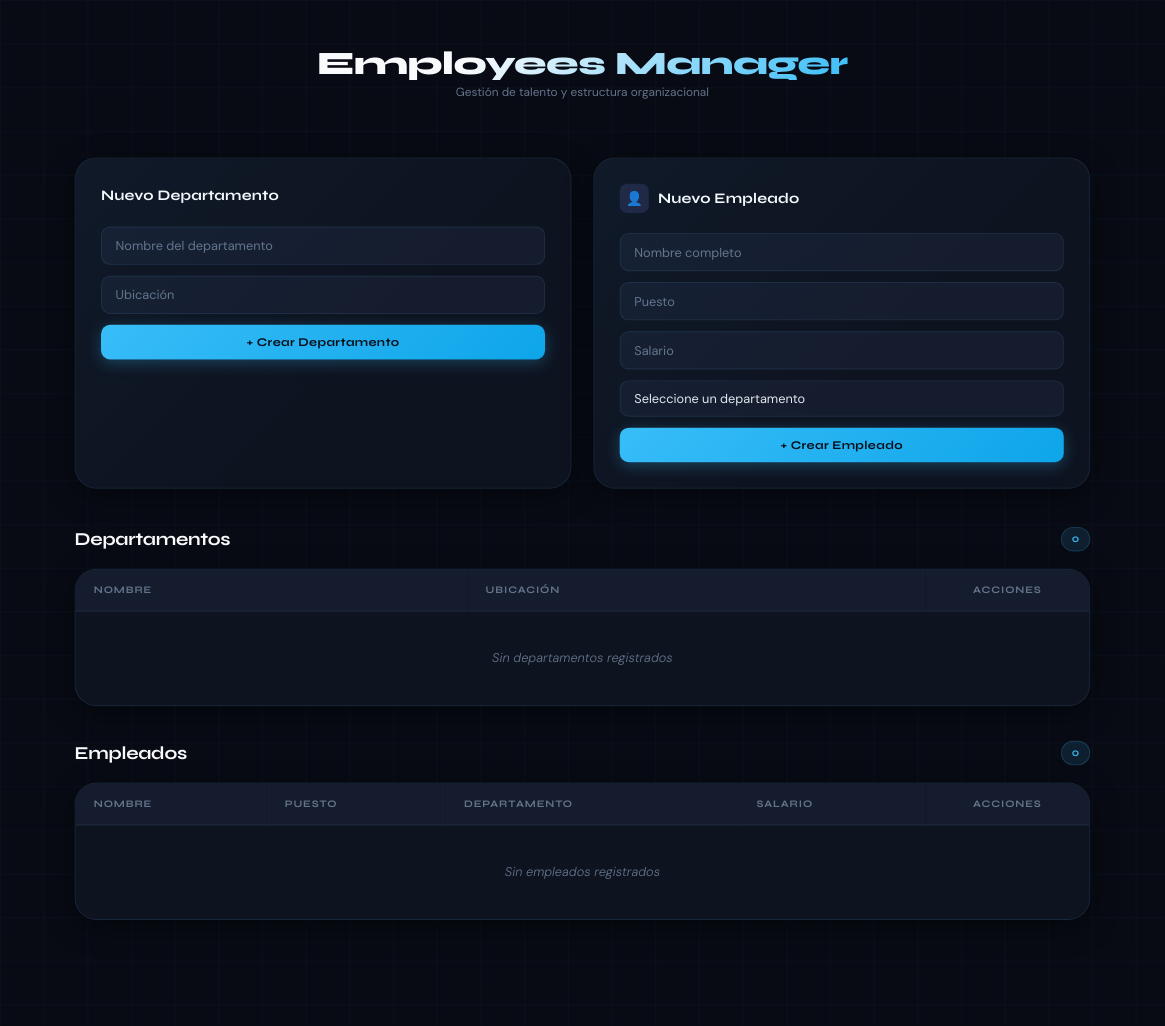
Repository: AnaSofiaRosero/parcial-4
Page: /
An editor plug-in stored every save of this project. The page is shown before and after the next save, followed by the edit.
The browser window is 1280 px wide. The pictures show the whole page, at 91% of full size.
The project was rebuilt for these pictures with package versions that can differ from the ones it lists, and the page was loaded fresh each time. Also part of the build but not shown: vite.config.ts, src/index.css.

Above is the page before, as saved 2026-06-02 14:30:51.
Console error: TypeError: Cannot read properties of undefined (reading 'from')

### index.html
<!doctype html>
<html lang="en">
  <head>
    <meta charset="UTF-8" />
    <link rel="icon" type="image/svg+xml" href="/favicon.svg" />
    <meta name="viewport" content="width=device-width, initial-scale=1.0" />
    <title>employees-manager</title>
  </head>
  <body>
    <div id="root"></div>
    <script type="module" src="/src/main.tsx"></script>
  </body>
</html>

### src/App.tsx
import { useEffect, useState } from "react";
import { supabase } from "./supabaseClient";
import type { Departamento, Empleado } from "./types";
import "./App.css";

function App() {
  const [departamentos, setDepartamentos] = useState<Departamento[]>([]);
  const [empleados, setEmpleados] = useState<Empleado[]>([]);

  // ── Departamento form (crear)
  const [nombre, setNombre] = useState("");
  const [ubicacion, setUbicacion] = useState("");

  // ── Empleado form (crear)
  const [nombreEmpleado, setNombreEmpleado] = useState("");
  const [puesto, setPuesto] = useState("");
  const [salario, setSalario] = useState("");
  const [departamentoId, setDepartamentoId] = useState("");

  // ── Modal editar departamento
  const [modalDept, setModalDept] = useState<Departamento | null>(null);
  const [modalDeptNombre, setModalDeptNombre] = useState("");
  const [modalDeptUbicacion, setModalDeptUbicacion] = useState("");

  // ── Modal editar empleado
  const [modalEmp, setModalEmp] = useState<Empleado | null>(null);
  const [modalEmpNombre, setModalEmpNombre] = useState("");
  const [modalEmpPuesto, setModalEmpPuesto] = useState("");
  const [modalEmpSalario, setModalEmpSalario] = useState("");
  const [modalEmpDeptId, setModalEmpDeptId] = useState("");

  useEffect(() => {
    cargarDepartamentos();
    cargarEmpleados();
  }, []);

  const cargarDepartamentos = async () => {
    const { data, error } = await supabase.from("departamentos").select("*");
    if (error) { console.log(error); return; }
    setDepartamentos(data || []);
  };

  const cargarEmpleados = async () => {
    const { data, error } = await supabase.from("empleados").select("*");
    if (error) { console.log(error); return; }
    setEmpleados(data || []);
  };

  const crearDepartamento = async () => {
    if (!nombre.trim()) { alert("El nombre del departamento es obligatorio"); return; }
    const { error } = await supabase.from("departamentos").insert([{ nombre, ubicacion }]);
    if (error) { console.log(error); return; }
    setNombre(""); setUbicacion("");
    cargarDepartamentos();
  };

  const crearEmpleado = async () => {
    if (!nombreEmpleado.trim() || !puesto.trim() || !salario || !departamentoId) {
      alert("Complete todos los campos"); return;
    }
    const { error } = await supabase.from("empleados").insert([{
      nombre: nombreEmpleado, puesto,
      salario: Number(salario), departamento_id: departamentoId,
    }]);
    if (error) { console.log(error); return; }
    setNombreEmpleado(""); setPuesto(""); setSalario(""); setDepartamentoId("");
    cargarEmpleados();
  };

  const abrirModalDept = (dept: Departamento) => {
    setModalDept(dept);
    setModalDeptNombre(dept.nombre);
    setModalDeptUbicacion(dept.ubicacion);
  };

  const abrirModalEmp = (emp: Empleado) => {
    setModalEmp(emp);
    setModalEmpNombre(emp.nombre);
    setModalEmpPuesto(emp.puesto);
    setModalEmpSalario(String(emp.salario));
    setModalEmpDeptId(emp.departamento_id);
  };

  const guardarDepartamento = async () => {
    if (!modalDept) return;
    const { error } = await supabase.from("departamentos")
      .update({ nombre: modalDeptNombre, ubicacion: modalDeptUbicacion })
      .eq("id", modalDept.id);
    if (error) { console.log(error); return; }
    setModalDept(null);
    cargarDepartamentos();
  };

  const guardarEmpleado = async () => {
    if (!modalEmp) return;
    const { error } = await supabase.from("empleados")
      .update({
        nombre: modalEmpNombre, puesto: modalEmpPuesto,
        salario: Number(modalEmpSalario), departamento_id: modalEmpDeptId,
      })
      .eq("id", modalEmp.id);
    if (error) { console.log(error); return; }
    setModalEmp(null);
    cargarEmpleados();
  };

  const eliminarEmpleado = async (id: string) => {
    const { error } = await supabase.from("empleados").delete().eq("id", id);
    if (error) { console.log(error); return; }
    cargarEmpleados();
  };

  const eliminarDepartamento = async (id: string) => {
    const { error } = await supabase.from("departamentos").delete().eq("id", id);
    if (error) {
      console.log(error);
      alert("No puedes eliminar un departamento que tenga empleados asociados");
      return;
    }
    cargarDepartamentos();
  };

  return (
    <div className="container">

      {/* Header */}
      <div className="app-header">
        <div>
          <h1 className="title">Employees Manager</h1>
          <p className="title-sub">Gestión de talento y estructura organizacional</p>
        </div>
      </div>

      {/* Forms */}
      <div className="forms-grid">

        <div className="section">
          <div className="section-header">
            <h2>Nuevo Departamento</h2>
          </div>
          <div className="form">
            <input
              type="text"
              placeholder="Nombre del departamento"
              value={nombre}
              onChange={(e) => setNombre(e.target.value)}
            />
            <input
              type="text"
              placeholder="Ubicación"
              value={ubicacion}
              onChange={(e) => setUbicacion(e.target.value)}
            />
            <button className="primary-btn" onClick={crearDepartamento}>
              + Crear Departamento
            </button>
          </div>
        </div>

        <div className="section">
          <div className="section-header">
            <div className="section-icon indigo">👤</div>
            <h2>Nuevo Empleado</h2>
          </div>
          <div className="form">
            <input
              type="text"
              placeholder="Nombre completo"
              value={nombreEmpleado}
              onChange={(e) => setNombreEmpleado(e.target.value)}
            />
            <input
              type="text"
              placeholder="Puesto"
              value={puesto}
              onChange={(e) => setPuesto(e.target.value)}
            />
            <input
              type="number"
              placeholder="Salario"
              value={salario}
              onChange={(e) => setSalario(e.target.value)}
            />
            <select
              value={departamentoId}
              onChange={(e) => setDepartamentoId(e.target.value)}
            >
              <option value="">Seleccione un departamento</option>
              {departamentos.map((d) => (
                <option key={d.id} value={d.id}>{d.nombre}</option>
              ))}
            </select>
            <button className="primary-btn" onClick={crearEmpleado}>
              + Crear Empleado
            </button>
          </div>
        </div>
      </div>

      {/* Tabla Departamentos */}
      <div className="table-section">
        <div className="table-section-header">
          <h2>Departamentos</h2>
          <span className="badge">{departamentos.length}</span>
        </div>
        <div className="table-wrapper">
          <table className="table">
            <thead>
              <tr>
                <th>Nombre</th>
                <th>Ubicación</th>
                <th>Acciones</th>
              </tr>
            </thead>
            <tbody>
              {departamentos.length === 0 ? (
                <tr className="empty-row">
                  <td colSpan={3}>Sin departamentos registrados</td>
                </tr>
              ) : departamentos.map((dept) => (
                <tr key={dept.id}>
                  <td className="name-cell">{dept.nombre}</td>
                  <td>{dept.ubicacion}</td>
                  <td>
                    <div className="action-cell">
                      <button className="edit-btn" onClick={() => abrirModalDept(dept)}>
                        Editar
                      </button>
                      <button
                        className="delete-btn"
                        onClick={() => {
                          if (window.confirm("¿Seguro que deseas eliminar este departamento?")) {
                            eliminarDepartamento(dept.id);
                          }
                        }}
                      >
                        Eliminar
                      </button>
                    </div>
                  </td>
                </tr>
              ))}
            </tbody>
          </table>
        </div>
      </div>

      {/* Tabla Empleados */}
      <div className="table-section">
        <div className="table-section-header">
          <h2>Empleados</h2>
          <span className="badge">{empleados.length}</span>
        </div>
        <div className="table-wrapper">
          <table className="table">
            <thead>
              <tr>
                <th>Nombre</th>
                <th>Puesto</th>
                <th>Departamento</th>
                <th>Salario</th>
                <th>Acciones</th>
              </tr>
            </thead>
            <tbody>
              {empleados.length === 0 ? (
                <tr className="empty-row">
                  <td colSpan={5}>Sin empleados registrados</td>
                </tr>
              ) : empleados.map((emp) => {
                const dept = departamentos.find((d) => d.id === emp.departamento_id);
                return (
                  <tr key={emp.id}>
                    <td className="name-cell">{emp.nombre}</td>
                    <td>{emp.puesto}</td>
                    <td>
                      <span className="dept-pill">
                         {dept?.nombre || "Sin departamento"}
                      </span>
                    </td>
                    <td className="salary-cell">${emp.salario.toLocaleString()}</td>
                    <td>
                      <div className="action-cell">
                        <button className="edit-btn" onClick={() => abrirModalEmp(emp)}>
                          Editar
                        </button>
                        <button
                          className="delete-btn"
                          onClick={() => {
                            if (window.confirm("¿Seguro que deseas eliminar este empleado?")) {
                              eliminarEmpleado(emp.id);
                            }
                          }}
                        >
                          Eliminar
                        </button>
                      </div>
                    </td>
                  </tr>
                );
              })}
            </tbody>
          </table>
        </div>
      </div>

      {/* Modal: Editar Departamento */}
      {modalDept && (
        <div className="modal-overlay" onClick={() => setModalDept(null)}>
          <div className="modal" onClick={(e) => e.stopPropagation()}>
            <div className="modal-header">
              <h2>Editar Departamento</h2>
              <button className="modal-close" onClick={() => setModalDept(null)}>✕</button>
            </div>
            <div className="modal-body">
              <input
                type="text"
                placeholder="Nombre del departamento"
                value={modalDeptNombre}
                onChange={(e) => setModalDeptNombre(e.target.value)}
              />
              <input
                type="text"
                placeholder="Ubicación"
                value={modalDeptUbicacion}
                onChange={(e) => setModalDeptUbicacion(e.target.value)}
              />
            </div>
            <div className="modal-footer">
              <button className="cancel-btn" onClick={() => setModalDept(null)}>Cancelar</button>
              <button className="save-btn" onClick={guardarDepartamento}>Guardar Cambios</button>
            </div>
          </div>
        </div>
      )}

      {/* Modal: Editar Empleado */}
      {modalEmp && (
        <div className="modal-overlay" onClick={() => setModalEmp(null)}>
          <div className="modal" onClick={(e) => e.stopPropagation()}>
            <div className="modal-header">
              <h2><span>👤</span> Editar Empleado</h2>
              <button className="modal-close" onClick={() => setModalEmp(null)}>✕</button>
            </div>
            <div className="modal-body">
              <input
                type="text"
                placeholder="Nombre completo"
                value={modalEmpNombre}
                onChange={(e) => setModalEmpNombre(e.target.value)}
              />
              <input
                type="text"
                placeholder="Puesto"
                value={modalEmpPuesto}
                onChange={(e) => setModalEmpPuesto(e.target.value)}
              />
              <input
                type="number"
                placeholder="Salario"
                value={modalEmpSalario}
                onChange={(e) => setModalEmpSalario(e.target.value)}
              />
              <select
                value={modalEmpDeptId}
                onChange={(e) => setModalEmpDeptId(e.target.value)}
              >
                <option value="">Seleccione un departamento</option>
                {departamentos.map((d) => (
                  <option key={d.id} value={d.id}>{d.nombre}</option>
                ))}
              </select>
            </div>
            <div className="modal-footer">
              <button className="cancel-btn" onClick={() => setModalEmp(null)}>Cancelar</button>
              <button className="save-btn" onClick={guardarEmpleado}>Guardar Cambios</button>
            </div>
          </div>
        </div>
      )}

    </div>
  );
}

export default App;

Loaded but not shown: src/main.tsx (common file); src/App.css (578 lines, source omitted); src/supabaseClient.ts (no stored copy; drawn as an empty file)

After the next save:
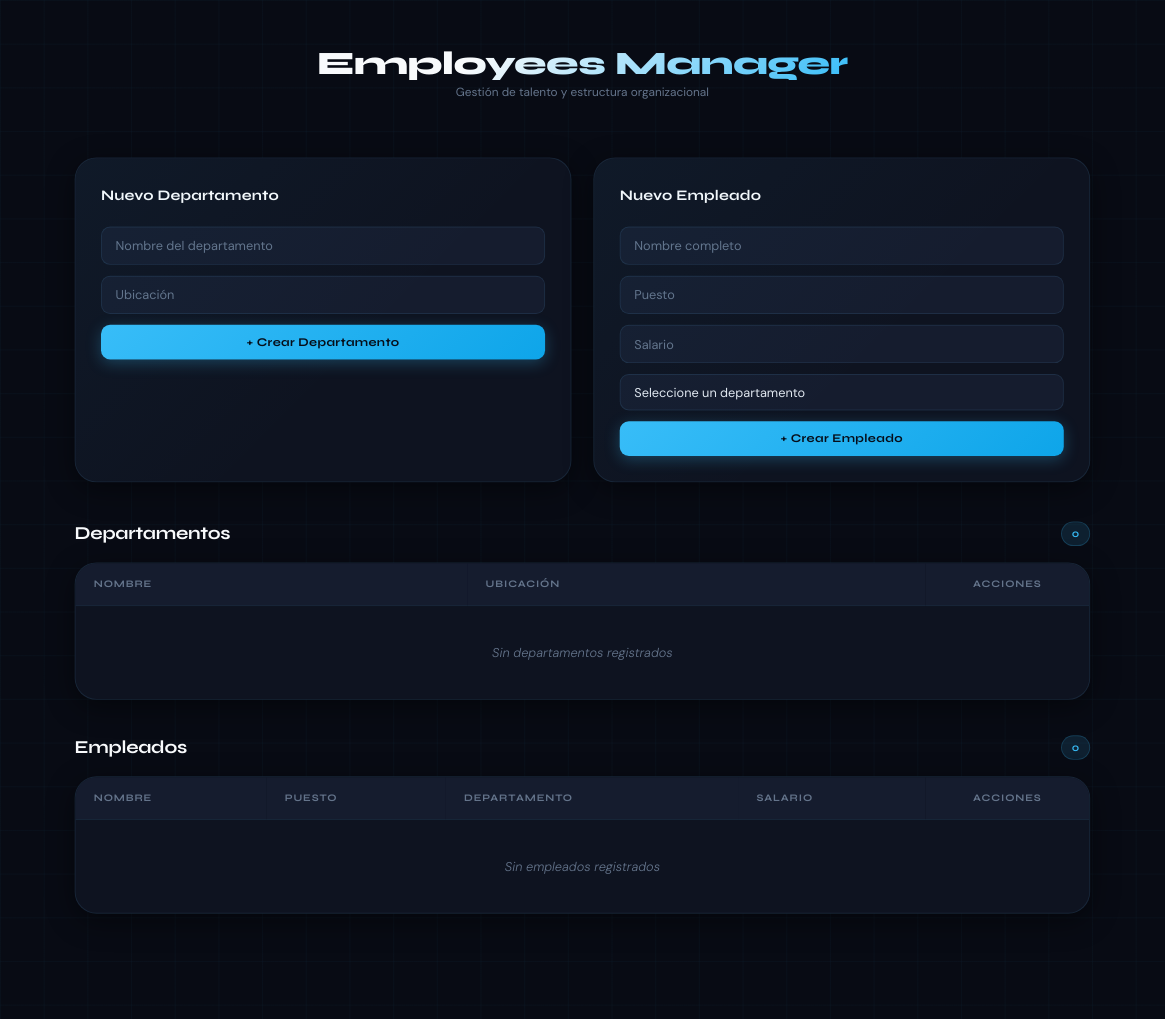
Saved 24 s later.
--- a/src/App.tsx
+++ b/src/App.tsx
@@ -159,7 +159,6 @@ function App() {
 
         <div className="section">
           <div className="section-header">
-            <div className="section-icon indigo">👤</div>
             <h2>Nuevo Empleado</h2>
           </div>
           <div className="form">
